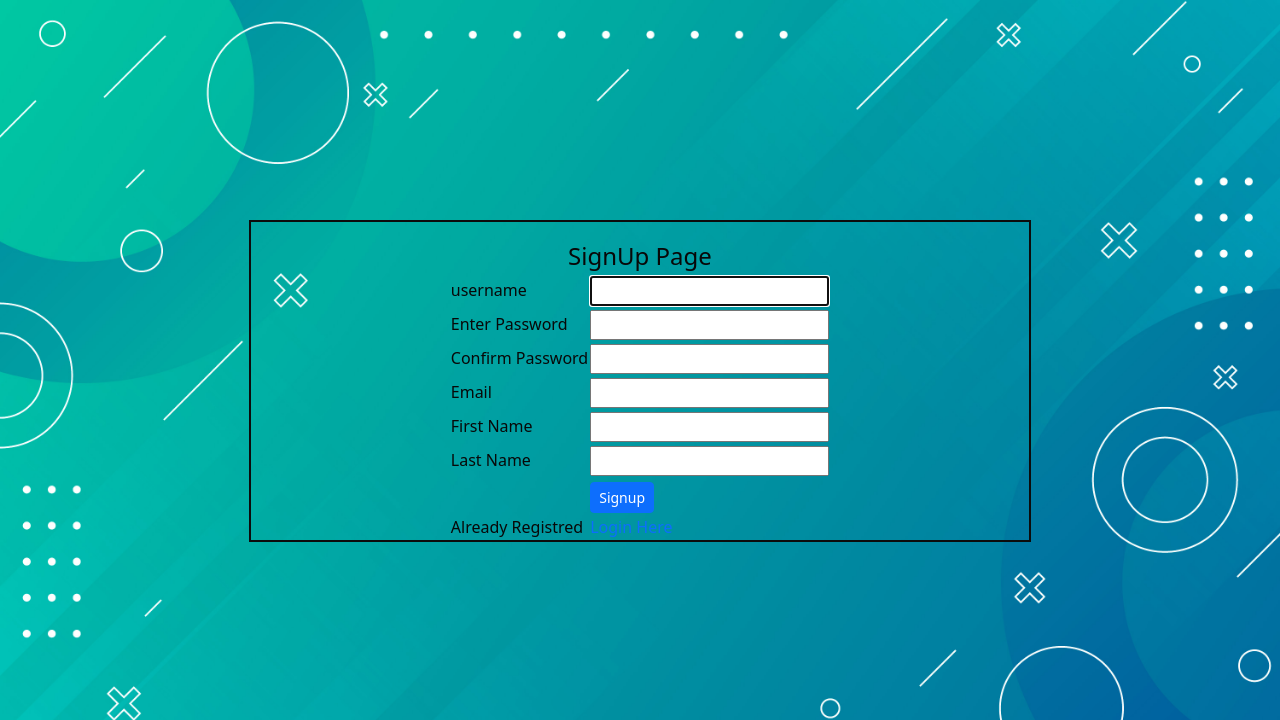
Repository: AbakashRonny/Institute-Management
Page: http://localhost/CodeDaisApp/signup/
An editor plug-in stored every save of this project. The page is shown before and after the next save, followed by the edit.
The browser window is 1280 px wide. The pictures show the whole page.
The page is served by the project's application, run on Django 5.2 (manage.py).

Above is the page before, as saved 2024-06-17 03:25:32.

After the next save:
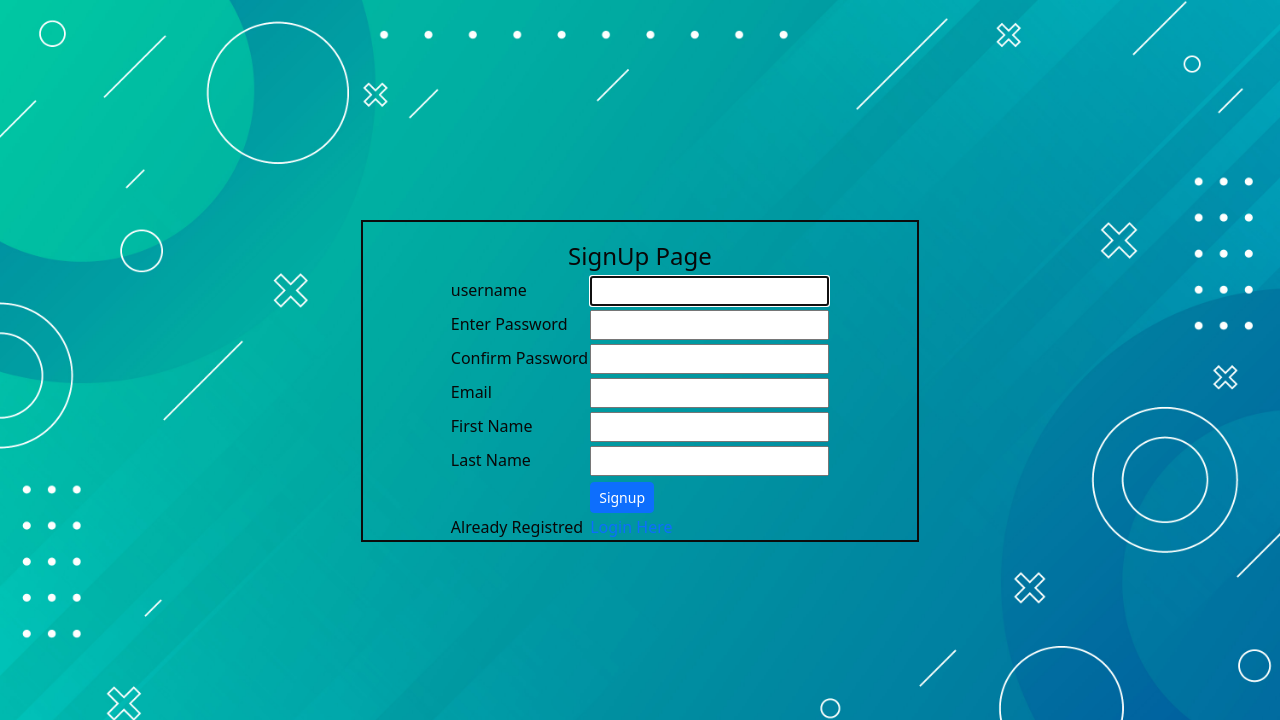
Saved 17 s later.
--- a/templates/CodeDaisApp/signup.html
+++ b/templates/CodeDaisApp/signup.html
@@ -17,7 +17,7 @@
       margin: auto;
       padding-top: 20px;
       border: 2px solid rgb(12, 12, 12);
-      width: 70%;
+      width: 50%;
     }
       body {
       background-image: url("{% static 'image/8270301.jpg' %}");
